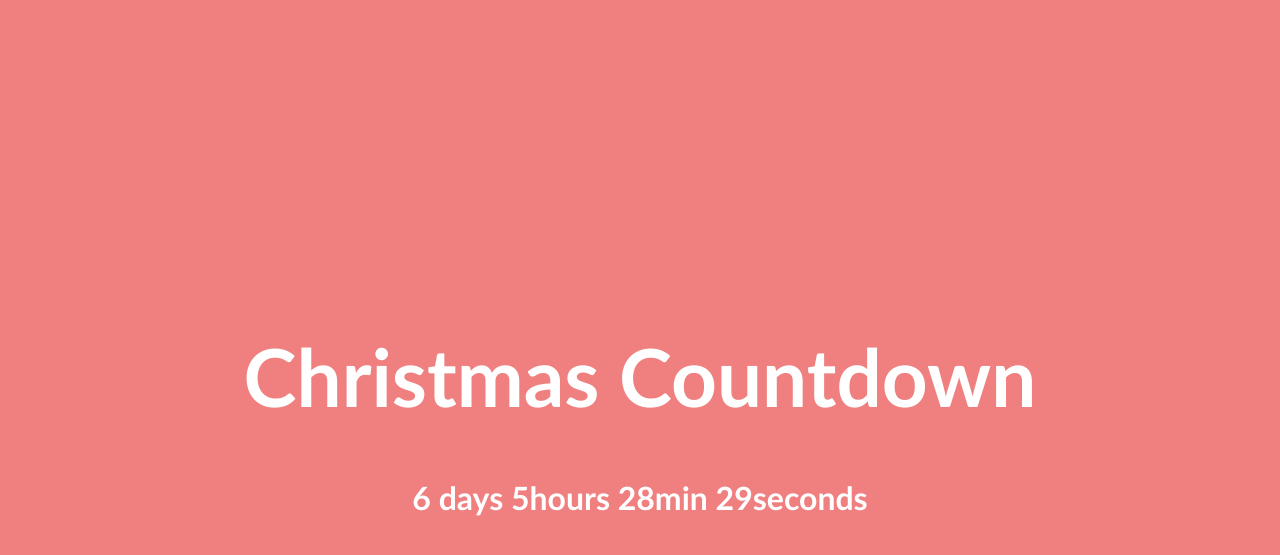
Repository: notMaximilian/countdown-timer
Page: index.html
These files come from the project's save history. The page is drawn as it stood at one moment and after the next save; the edit follows.
The browser window is 1280 px wide. The pictures show the whole page.

Above is the page before, as saved 2021-12-18 18:52:58.

### index.html
<html lang="en">
    <head>
        <meta charset="utf-8"/>
        <title>Christmas Countdown</title>
        <link rel="stylesheet" href="styles.css"/>
    </head>
    <body>
        <h1 id="main-text">Christmas Countdown</h1>
        <h1 id="time-left"></h1>
        <script src="app.js"></script>
    </body>
</html>

### styles.css
body{
    background-color: lightcoral;
    color:white;
    text-align: center;
    padding-top: 25%;
    font-family: 'Trebuchet MS', 'Lucida Sans Unicode', 'Lucida Grande', 'Lucida Sans', Arial, sans-serif;
}

#main-text{
    font-size: 500%;
}

### app.js
const timeLeft = document.getElementById('time-left')
let timerId;
//Units of time
const second = 1000
const minute = second * 60
const hour = minute * 60
const day = hour * 24

const christmas = new Date('12/25/2021')

function countdown(){
    const today = new Date();
    const timeSpan = christmas - today;

    if(timeSpan <= -day){
        timeLeft.innerHTML("I hope you had a Merry Christmas!!!")
        clearInterval(timerId)
        return
    }

    if (timeSpan <= 0){
        timeLeft.innerHTML("Merry Christmas!!!")
        clearInterval(timerId)
        return
    }

    const days = Math.floor(timeSpan / day)
    const hours = Math.floor((timeSpan % day) / hour)
    const minutes = Math.floor((timeSpan % hour) / minute)
    const seconds = Math.floor((timeSpan % minute) / second)

    timeLeft.innerHTML = days + " days " + hours + "hours " + minutes + "min " + seconds + "seconds"

}

timerId = setInterval(countdown, second)

After the next save:
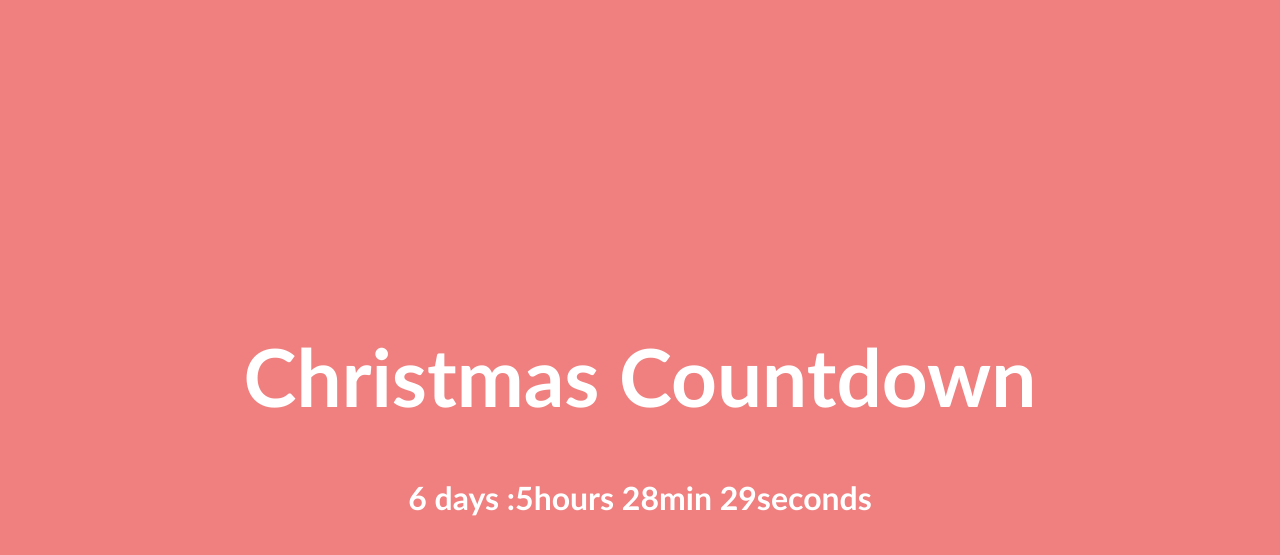
Saved 7 s later.
--- a/app.js
+++ b/app.js
@@ -29,7 +29,7 @@ function countdown(){
     const minutes = Math.floor((timeSpan % hour) / minute)
     const seconds = Math.floor((timeSpan % minute) / second)
 
-    timeLeft.innerHTML = days + " days " + hours + "hours " + minutes + "min " + seconds + "seconds"
+    timeLeft.innerHTML = days + " days :" + hours + "hours " + minutes + "min " + seconds + "seconds"
 
 }
 
